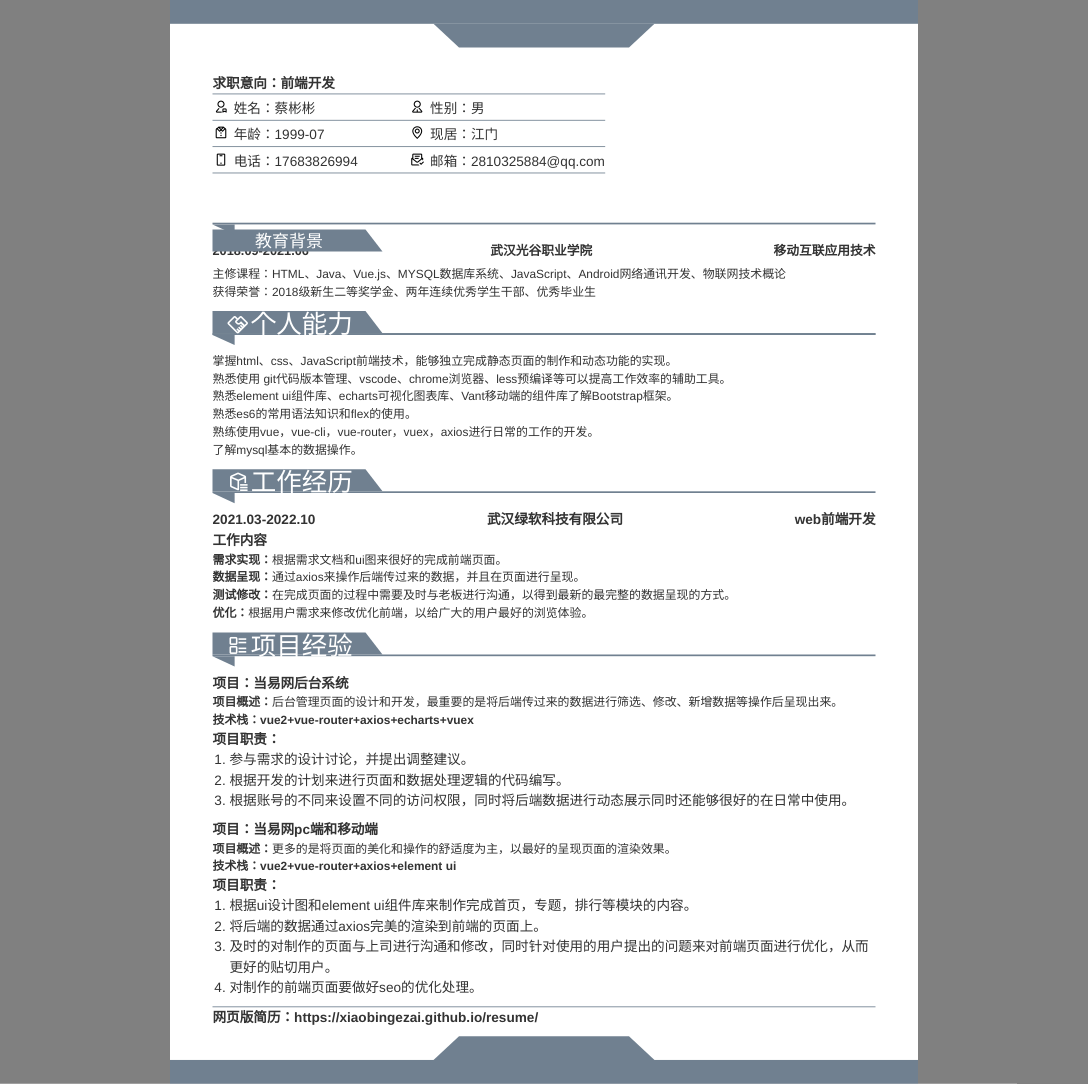
Repository: xiaobingezai/resume
Page: index.html
An editor plug-in stored every save of this project. The page is shown before and after the next save, followed by the edit.
The browser window is 1280 px wide. The pictures show the whole page, at 85% of full size.

Above is the page before, as saved 2022-11-03 02:07:18.
Console error: TypeError: Cannot set properties of null (setting 'innerHTML')

After the next save:
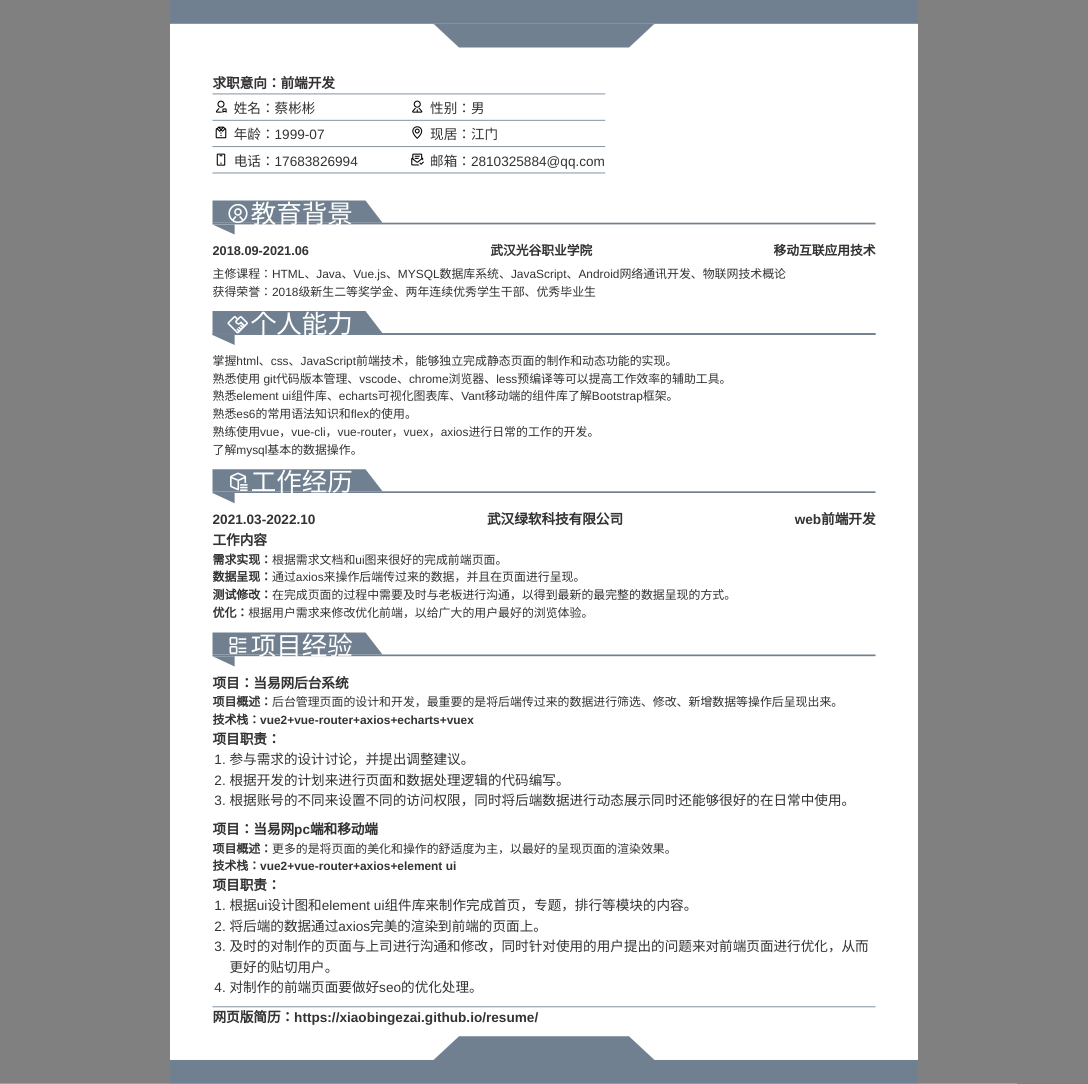
Saved 18 s later.
--- a/index.html
+++ b/index.html
@@ -25,7 +25,7 @@
             </div>
             <!-- 教育背景 -->
             <div id="content">
-                    <div class="zhuangShiTuPian"><i  class="iconfont icon-viewlist"></i><samp>教育背景</samp></div>
+                    <div class="zhuangShiTuPian"><samp class="iconfont icon-usercenter">教育背景</samp></div>
                     <p class="jiShu1"><span>2018.09-2021.06</span><span>武汉光谷职业学院</span><span>移动互联应用技术</span></p>
                     <p>主修课程：HTML、Java、Vue.js、MYSQL数据库系统、JavaScript、Android网络通讯开发、物联网技术概论</p>
                     <p>获得荣誉：2018级新生二等奖学金、两年连续优秀学生干部、优秀毕业生</p>
